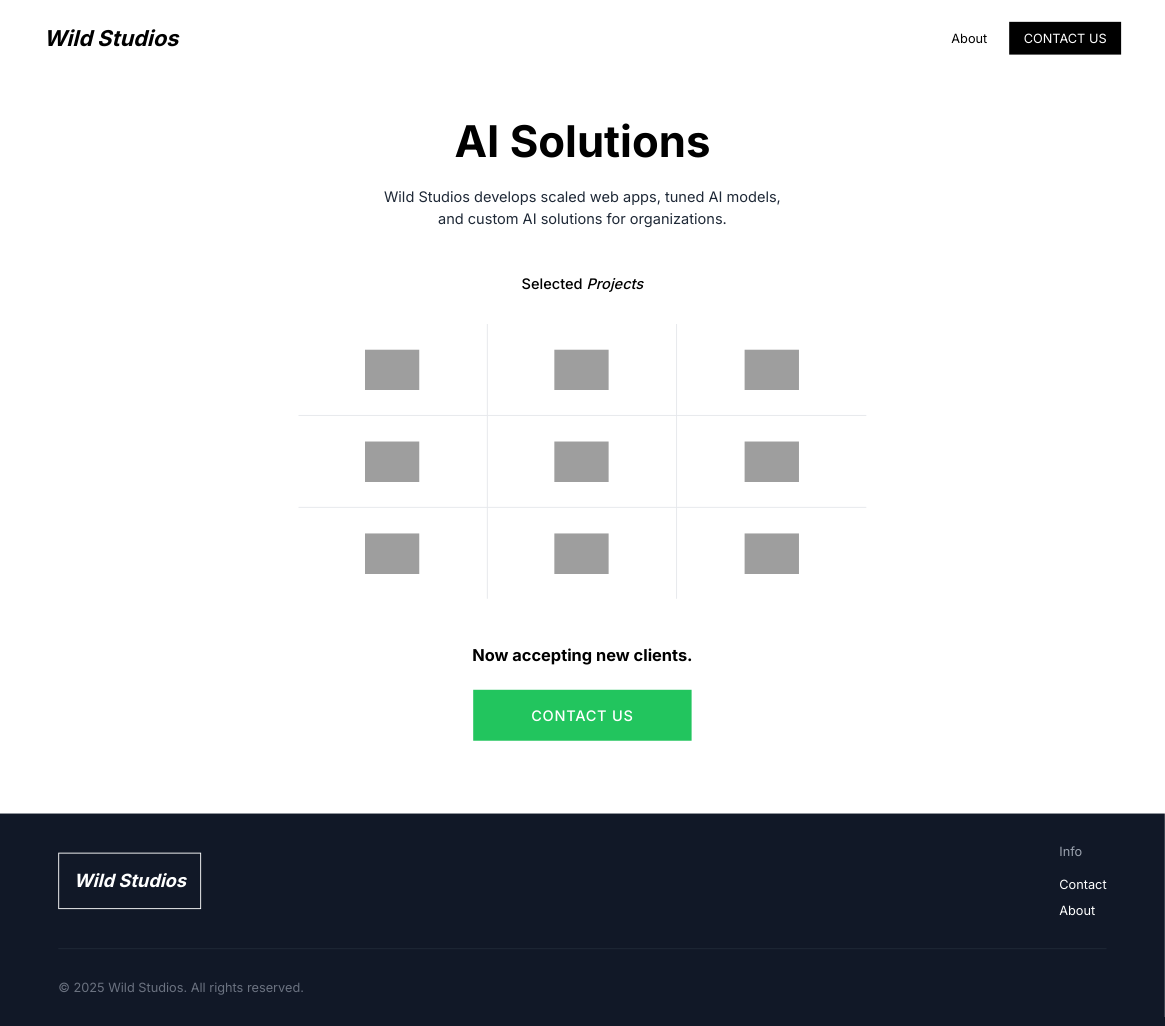
Repository: wpulier/wildstudio
Page: /
The author's editor kept a copy of each file at every save. The page is drawn from the files as they stood at one save, then again after the next save.
The browser window is 1280 px wide. The pictures show the whole page, at 91% of full size.
Pictures or frames that could not be fetched are drawn as grey boxes. The project was rebuilt for these pictures with package versions that can differ from the ones it lists, and the page was loaded fresh each time. The framework's server and built-in components were replaced by stand-ins that run in the browser. Also part of the build but not shown: next.config.mjs.

Above is the page before, as saved 2025-03-01 14:29:02.

### src/app/layout.tsx
import type { Metadata } from "next";
import { Inter } from "next/font/google";
import "./globals.css";
import Footer from "./components/Footer";
import Navigation from "./components/Navigation";

const inter = Inter({ subsets: ["latin"] });

export const metadata: Metadata = {
  title: "Wild Studios | Design for the Digital Age",
  description: "Wild Studios designs products for the future. From digital interfaces to brand identities to immersive apps.",
};

export default function RootLayout({
  children,
}: Readonly<{
  children: React.ReactNode;
}>) {
  return (
    <html lang="en">
      <body className={inter.className}>
        <div className="flex flex-col min-h-screen">
          <Navigation />
          <main className="flex-grow mb-8">
            {children}
          </main>
          <Footer />
        </div>
      </body>
    </html>
  );
}

### src/app/page.tsx
import Link from 'next/link';
import { projects } from '@/data/projects';

export default function Home() {
  return (
    <>
      {/* Hero Section */}
      <section className="flex flex-col items-center justify-center text-center px-4 mt-8 md:mt-12">
        <h1 className="text-3xl md:text-5xl font-bold max-w-3xl">
          AI Solutions
        </h1>

        <p className="mt-4 md:mt-6 max-w-2xl text-center text-sm md:text-base text-gray-800">
          Wild Studios develops scaled web apps, tuned AI models,<br />
          and custom AI solutions for organizations.
        </p>
      </section>

      {/* Projects Grid Section */}
      <section className="px-4 md:px-6 py-12 mx-auto w-full max-w-2xl">
        <h2 className="text-13 font-medium text-center mb-8">
          Selected <span className="italic">Projects</span>
        </h2>

        {/* Project Grid */}
        <div className="mx-auto mb-12">
          <div className="grid grid-cols-3 mx-auto">
            {projects.map((project, index) => {
              const isRightBorder = index % 3 !== 2;
              const isBottomBorder = index < 6;

              return (
                <Link
                  key={index}
                  href={`/projects/${project.slug}`}
                  className={`
                    block
                    ${isRightBorder ? 'border-r border-gray-200' : ''}
                    ${isBottomBorder ? 'border-b border-gray-200' : ''}
                  `}
                >
                  <div className="h-[100px] w-full flex justify-center items-center group">
                    <img
                      src={project.logo}
                      alt={project.name}
                      className="w-[45%] h-[45%] object-contain transition-transform duration-200
                               group-hover:scale-110"
                    />
                  </div>
                </Link>
              );
            })}
          </div>
        </div>

        {/* CTA Section - Integrated with Projects section */}
        <div className="text-center mt-8">
          <p className="mb-6 font-bold text-lg">Now accepting new clients.</p>
          <Link
            href="/contact"
            className="inline-block bg-[#22c55e] hover:bg-[#16a34a] text-white py-4 px-16 uppercase tracking-wider text-base font-medium transition-colors duration-200"
          >
            CONTACT US
          </Link>
        </div>
      </section>
    </>
  );
}

### src/app/globals.css
@tailwind base;
@tailwind components;
@tailwind utilities;

:root {
  --foreground-rgb: 0, 0, 0;
  --background-rgb: 255, 255, 255;
}

body {
  color: rgb(var(--foreground-rgb));
  background: rgb(var(--background-rgb));
}

a {
  transition: color 0.2s ease;
}

button {
  transition: opacity 0.2s ease;
}

button:hover {
  opacity: 0.9;
}

### src/app/components/Footer.tsx
import Link from 'next/link';

export default function Footer() {
  return (
    <footer className="bg-gray-900 text-white py-6 md:py-8 px-4 md:px-12">
      <div className="max-w-6xl mx-auto">
        <div className="flex flex-col md:flex-row md:justify-between md:items-center">
          {/* Logo */}
          <div className="mb-6 md:mb-0">
            <div className="border border-white p-3 md:p-4 inline-block">
              <span className="text-lg md:text-xl italic font-bold">Wild Studios</span>
            </div>
          </div>

          {/* Simplified Navigation */}
          <div>
            <h4 className="text-xs md:text-sm text-gray-400 mb-2 md:mb-4">Info</h4>
            <ul className="space-y-1 md:space-y-2 text-sm">
              <li><Link href="/contact" className="hover:underline">Contact</Link></li>
              <li><Link href="/about" className="hover:underline">About</Link></li>
            </ul>
          </div>
        </div>

        <div className="mt-6 md:mt-8 pt-4 md:pt-8 border-t border-gray-800 text-xs md:text-sm text-gray-500">
          © {new Date().getFullYear()} Wild Studios. All rights reserved.
        </div>
      </div>
    </footer>
  );
}

### src/app/components/Navigation.tsx
import Link from 'next/link';

export default function Navigation() {
  return (
    <header className="flex justify-between items-center py-4 md:py-6 px-4 md:px-12">
      <Link href="/" className="text-xl md:text-2xl font-bold italic">
        Wild Studios
      </Link>
      <nav className="flex items-center space-x-3 md:space-x-6">
        <Link href="/about" className="text-sm hover:underline">About</Link>
        <Link href="/contact" className="text-sm bg-black text-white px-3 py-1.5 md:px-4 md:py-2">
          CONTACT US
        </Link>
      </nav>
    </header>
  );
}

### src/data/projects.ts
export interface Project {
  name: string;
  slug: string;
  logo: string;
  description: string;
}

export const projects: Project[] = [
  {
    name: "Spotify",
    slug: "spotify",
    logo: "https://upload.wikimedia.org/wikipedia/commons/thumb/8/84/Spotify_icon.svg/232px-Spotify_icon.svg.png",
    description: "Redesigning the listening experience"
  },
  {
    name: "Adobe",
    slug: "adobe",
    logo: "https://upload.wikimedia.org/wikipedia/commons/thumb/8/8d/Adobe_Corporate_Logo.png/220px-Adobe_Corporate_Logo.png",
    description: "Reimagining creative tools"
  },
  {
    name: "Tesla",
    slug: "tesla",
    logo: "https://upload.wikimedia.org/wikipedia/commons/thumb/b/bd/Tesla_Motors.svg/220px-Tesla_Motors.svg.png",
    description: "Future of automotive interfaces"
  },
  {
    name: "Airbnb",
    slug: "airbnb",
    logo: "https://upload.wikimedia.org/wikipedia/commons/thumb/6/69/Airbnb_Logo_B%C3%A9lo.svg/220px-Airbnb_Logo_B%C3%A9lo.svg.png",
    description: "Revolutionizing travel experiences"
  },
  {
    name: "Apple",
    slug: "apple",
    logo: "https://upload.wikimedia.org/wikipedia/commons/thumb/f/fa/Apple_logo_black.svg/220px-Apple_logo_black.svg.png",
    description: "Designing next-gen devices"
  },
  {
    name: "Slack",
    slug: "slack",
    logo: "https://upload.wikimedia.org/wikipedia/commons/thumb/d/d5/Slack_icon_2019.svg/220px-Slack_icon_2019.svg.png",
    description: "Transforming workplace communication"
  },
  {
    name: "Netflix",
    slug: "netflix",
    logo: "https://upload.wikimedia.org/wikipedia/commons/thumb/0/08/Netflix_2015_logo.svg/220px-Netflix_2015_logo.svg.png",
    description: "Reimagining streaming experiences"
  },
  {
    name: "Google",
    slug: "google",
    logo: "https://upload.wikimedia.org/wikipedia/commons/thumb/2/2f/Google_2015_logo.svg/220px-Google_2015_logo.svg.png",
    description: "Creating the search of tomorrow"
  },
  {
    name: "Twitter",
    slug: "twitter",
    logo: "https://upload.wikimedia.org/wikipedia/commons/thumb/6/6f/Logo_of_Twitter.svg/220px-Logo_of_Twitter.svg.png",
    description: "Redefining social conversations"
  }
];

### tailwind.config.js
/** @type {import('tailwindcss').Config} */
module.exports = {
  content: [
    "./src/app/**/*.{js,ts,jsx,tsx}",
    "./src/pages/**/*.{js,ts,jsx,tsx}",
    "./src/components/**/*.{js,ts,jsx,tsx}",
  ],
  theme: {
    extend: {},
  },
  plugins: [],
}

After the next save:
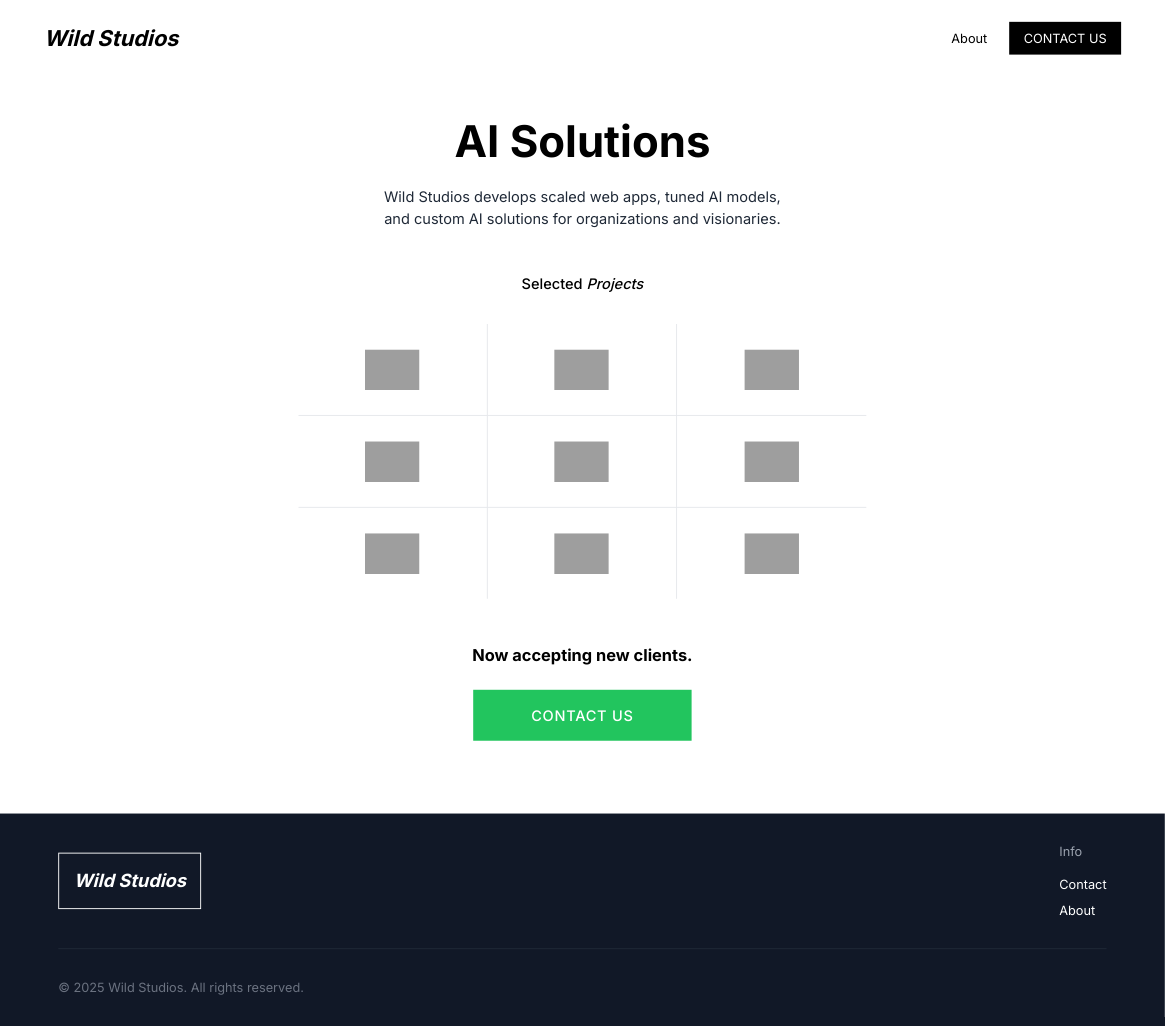
Saved 10 s later.
--- a/src/app/page.tsx
+++ b/src/app/page.tsx
@@ -12,7 +12,7 @@ export default function Home() {
 
         <p className="mt-4 md:mt-6 max-w-2xl text-center text-sm md:text-base text-gray-800">
           Wild Studios develops scaled web apps, tuned AI models,<br />
-          and custom AI solutions for organizations.
+          and custom AI solutions for organizations and visionaries.
         </p>
       </section>
 
